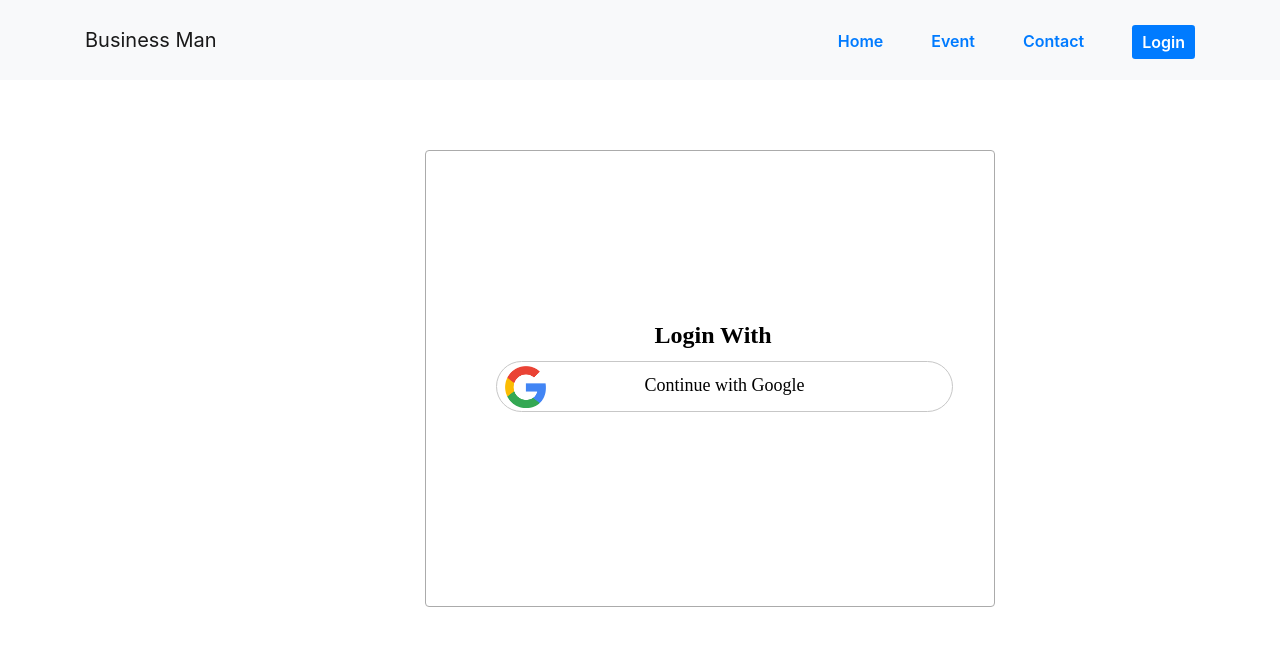
Repository: mdtahsinamin/internship-task
Page: /
These files come from the project's save history. The page is drawn as it stood at one moment and after the next save; the edit follows.
The browser window is 1280 px wide. The pictures show the whole page.
The project was rebuilt for these pictures with package versions that can differ from the ones it lists, and the page was loaded fresh each time. Also part of the build but not shown: src/App.css, src/Components/NotFound/NotFound.js, src/Components/Pages/Share/ShowAllOrder/ShowAllOrder.js, src/Components/Pages/Share/Pagination/Pagination.js, src/Components/Pages/Home/Home.js, src/Components/Pages/Share/Contact/Contact.js, src/Components/Style/Editing.css, src/Components/Pages/Share/Editing/Editing.js and 1 more.

Above is the page before, as saved 2020-12-25 00:58:16.

### src/App.js

import { createContext, useState } from "react";
import {
  BrowserRouter as Router,
  Switch,
  Route,
  Link
} from "react-router-dom";
import './App.css';
import SignIn from "./Components/Authentication/SignIn";
import NotFound from "./Components/NotFound/NotFound";
import Home from "./Components/Pages/Home/Home";
import Contact from "./Components/Pages/Share/Contact/Contact";
import Editing from "./Components/Pages/Share/Editing/Editing";
import Event from "./Components/Pages/Share/Event/Event";
import Navigation from "./Components/Pages/Share/Navigation/Navigation";
import PrivateRoute from "./Components/PrivateRoute/PrivateRoute";

export const UserContext = createContext();

function App() {
   const [loginUser,setLoginUser] = useState({

   });

  return (
   <UserContext.Provider value={[loginUser,setLoginUser]}>
    <Router>
       <Switch>
         <PrivateRoute path='/home'>
           <Home></Home>
         </PrivateRoute>

        <PrivateRoute path='/order-editing/:id'>
               <Navigation></Navigation>
               <Editing></Editing>
        </PrivateRoute>

        <Route path='/sign-in'>
              <Navigation></Navigation>
              <SignIn/>
         </Route>


         <Route path='/event'>
             <Event></Event>
         </Route>


         <Route path='/contact'>
             <Contact></Contact>
         </Route>

         <PrivateRoute exact path='/'>
             <Home></Home>
         </PrivateRoute>

       </Switch>
    </Router>
   </UserContext.Provider>
  );
}

export default App;

### src/Components/Authentication/SignIn.js
import React, { useContext } from 'react';
import { useHistory, useLocation } from 'react-router-dom';
import { UserContext } from '../../App';
import '../Style/SignIn.css';
import { addJwtToken, continueWithGoogle, initializeLoginFramework } from './AuthManager';

const SignIn = () => {

    initializeLoginFramework();

    const [loginUser,setLoginUser] = useContext(UserContext);
    const history = useHistory();
    const location = useLocation();

    let { from } = location.state || { from: { pathname: "/" } };


    const googleSignIn = () =>{

        continueWithGoogle().then(res=>{
            const googleUser = {...loginUser,...res};
            setLoginUser(googleUser);
            if(googleUser.isLogin){
                 addJwtToken();
                 history.replace(from);
            }
        })
    }

    return (
        <div className="utilize-login">
            <div className='login-page'>
                 <h2 className='login-with'>Login With</h2>
                 <div className="google" role='button' onClick={googleSignIn}><span className='continue-google'>Continue with Google</span></div>
            </div>
        </div>
    );
};

export default SignIn;

### src/Components/Pages/Share/Navigation/Navigation.js

import React, { useContext } from 'react';
import { Container, Dropdown, Nav, Navbar } from 'react-bootstrap';
import { Link } from 'react-router-dom';
import { UserContext } from '../../../../App';
import '../../../Style/Navigation.css';

const Navigation = () => {
    const links = ['Home','Event','Contact'];
    const [loginUser,setLoginUser] = useContext(UserContext);


    const linkStyle ={
         textDecoration: 'none',
         fontSize:'16px',
         fontWeight:'600'
    };

    const handleSignOut = () =>{
        sessionStorage.clear();
        setLoginUser({});
    }

    return (
    <header>
        <Navbar bg="light" variant="light" expand="lg" collapseOnSelect>
           <Container>
             <Link to='/'>
               <Navbar.Brand style={{width:'130px'}}>Business Man</Navbar.Brand>
             </Link>
            <Navbar.Toggle aria-controls="basic-navbar-nav" />
            <Navbar.Collapse id="basic-navbar-nav">
                <Nav className="ml-auto">
                    {
                        links.map((link,index) =>{
                              return (
                               <Link className="mr-5 mt-2" to={`${link.toLocaleLowerCase().split(' ').join('-')}`} style={linkStyle} key={index}>
                                   {link}
                               </Link>
                              )
                        })
                    }
                    {loginUser.email || loginUser.currentEmail? (
                    <>
                    <Dropdown>
                      <Dropdown.Toggle className="bg-transparent text-dark drop">
                        {loginUser.name|| loginUser.currentName}
                       <span className="profile-pic">
                         <img src={loginUser.photoURL||loginUser.currentPhotoUrl} alt="login-user-pic" className="img-fluid" />
                      </span>
                    </Dropdown.Toggle>

                    <Dropdown.Menu>
                       <Link to="/dashboard">
                         <Dropdown.Item>Dashboard</Dropdown.Item>
                      </Link>
                      <Dropdown.Item onClick={handleSignOut}>
                        Sign Out
                      </Dropdown.Item>
                    </Dropdown.Menu>
                  </Dropdown>
                 </>)
                 : (
                     <Link style={linkStyle} to="/sign-in" className="login-button bg-primary text-white rounded-sm mt-1"> Login</Link>
                  )
                 }
                </Nav>
            </Navbar.Collapse>
           </Container>
        </Navbar>
   </header>
    );
};

export default Navigation;

### src/Components/PrivateRoute/PrivateRoute.js
import React, { useContext } from 'react';
import jwt_decode from "jwt-decode";
import { UserContext } from '../../App';
import { Redirect, Route } from 'react-router-dom';
const PrivateRoute = ({ children, ...rest }) => {
    const [loginUser,setLoginUser] = useContext(UserContext);

    const isLoggedIn = () =>{
        const token = sessionStorage.getItem('token');
        if(!token){
         return false;
       }
       const decodedToken = jwt_decode(token);

       const currentTime = new Date().getTime() / 1000;

       return (decodedToken.exp > currentTime);
     }

     const token = sessionStorage.getItem('token');
       if(token){
           const decodedToken = jwt_decode(token);
           loginUser.currentName = decodedToken.name;
           loginUser.currentEmail = decodedToken.email;
           loginUser.currentPhotoUrl = decodedToken.picture;
           setLoginUser(loginUser);
       }

    return (
        <Route
        {...rest}
        render={({ location }) =>
          ((loginUser.email||loginUser.currentEmail)||isLoggedIn())? (
            children
          ) : (
            <Redirect
              to={{
                pathname: "/sign-in",
                state: { from: location }
              }}
            />
          )
        }
      />
    );
};

export default PrivateRoute;

### src/Components/Style/SignIn.css
.utilize-login{
    position: absolute;
    width: 570px;
    height: 457px;
    left: 425px;
    top: 150px;
    background: #FFFFFF;
    border: 1px solid #ABABAB;
    box-sizing: border-box;
    border-radius: 4px;
}
.login-page{
    width: 457px;
    height: 148px;
    left: 491px;
    top: 325px;

}
.login-with{
    position: relative;
    height: 29px;
    left: 50%;
    right: 50%;
    top: 170px;

    font-family: Montserrat;
    font-style: normal;
    font-weight: bold;
    font-size: 24px;
    color: #000000;

}
.google{
    position: absolute;
    left: 70px;
    top: 200px;
    width: 457px;
    height: 51px;
    margin: 10px auto;
    padding: 10px;
    border: 1px solid #C7C7C7;
    box-sizing: border-box;
    border-radius: 57px;
    text-align: center;
    cursor: pointer;
    background: #FFFFFF;
}
.google {
    background: url('../../images/google.png');
    background-size: 9%;
    background-position: left 2% center;
    background-repeat: no-repeat;
}
.continue-google{
    font-family: Montserrat;
    font-style: normal;
    font-weight: 500;
    font-size: 18px;
    color: #000000;
}

### src/Components/Authentication/AuthManager.js
import firebase from "firebase/app";
import "firebase/auth";
import firebaseConfig from "./firebase.config";

export const initializeLoginFramework = () =>{
    if(firebase.apps.length === 0){
      firebase.initializeApp(firebaseConfig);
    }
}

export const continueWithGoogle = () =>{
    let  provider = new firebase.auth.GoogleAuthProvider();
    return firebase.auth().signInWithPopup(provider).then(res=> {
        const {displayName,email,photoURL} = res.user;
        const googleUser = {
            isLogin : true,
            name : displayName,
            email:email,
            photoURL: photoURL,
            success:true
        }
        return googleUser;
    }).catch((error)=> {
        console.log(error);

    });

}

export const addJwtToken=()=>{
    firebase.auth().currentUser.getIdToken(true).then((idToken)=> {
         sessionStorage.setItem('token',idToken);
     }).catch(function(error) {

     });
 }

### src/Components/Style/Navigation.css
.login-button{
     padding:5px 10px;
     background:#5E5BFB;
}

.login-button:hover{
     background:rgb(77, 82, 77);
     color:#ffff;
}
.drop{
    border:none;
}
.profile-pic img{
		width: 40px;
		border-radius: 50%;
        margin-left: 8px;
        font-weight:600px;
}
.navbar{
    height:80px;
}
.dropdown{
    font-size: 16px;
}
.dropdown-item {
	font-size: 16px !important;
}
.btn.focus,
.btn:focus {
	box-shadow: 0 !important;
}

### src/Components/Authentication/firebase.config.js
    // firebaseConfig

   const firebaseConfig = {
    apiKey: "AIzaSyDc0cEzjODxHuOQTtzbk7NQM-cFwDjIHy0",
    authDomain: "utilize-73a57.firebaseapp.com",
    projectId: "utilize-73a57",
    storageBucket: "utilize-73a57.appspot.com",
    messagingSenderId: "1084171874155",
    appId: "1:1084171874155:web:ffb115514317faa11e662e"
  };

  export default firebaseConfig;

Loaded but not shown: public/index.html (common file); src/index.js (common file); src/index.css (common file); src/reportWebVitals.js (common file)

After the next save:
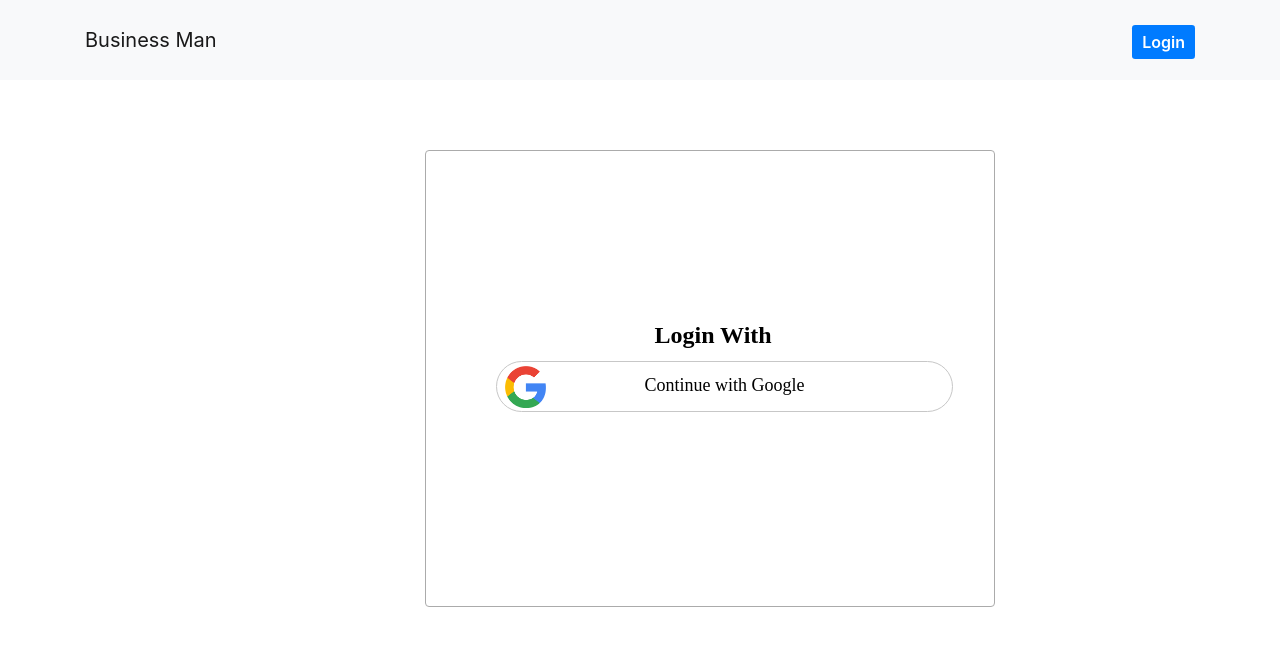
Saved 112 s later.
--- a/src/Components/Pages/Share/Navigation/Navigation.js
+++ b/src/Components/Pages/Share/Navigation/Navigation.js
@@ -31,15 +31,7 @@
             <Navbar.Toggle aria-controls="basic-navbar-nav" />
             <Navbar.Collapse id="basic-navbar-nav">
                 <Nav className="ml-auto">
-                    {
-                        links.map((link,index) =>{
-                              return (
-                               <Link className="mr-5 mt-2" to={`${link.toLocaleLowerCase().split(' ').join('-')}`} style={linkStyle} key={index}>
-                                   {link}
-                               </Link>
-                              )
-                        })
-                    }
+
                     {loginUser.email || loginUser.currentEmail? (
                     <>
                     <Dropdown>
@@ -73,3 +65,16 @@
 };
 
 export default Navigation;
+
+/*
+{
+                        links.map((link,index) =>{
+                              return (
+                               <Link className="mr-5 mt-2" to={`${link.toLocaleLowerCase().split(' ').join('-')}`} style={linkStyle} key={index}>
+                                   {link}
+                               </Link>
+                              )
+                        })
+                    }
+
+*/
